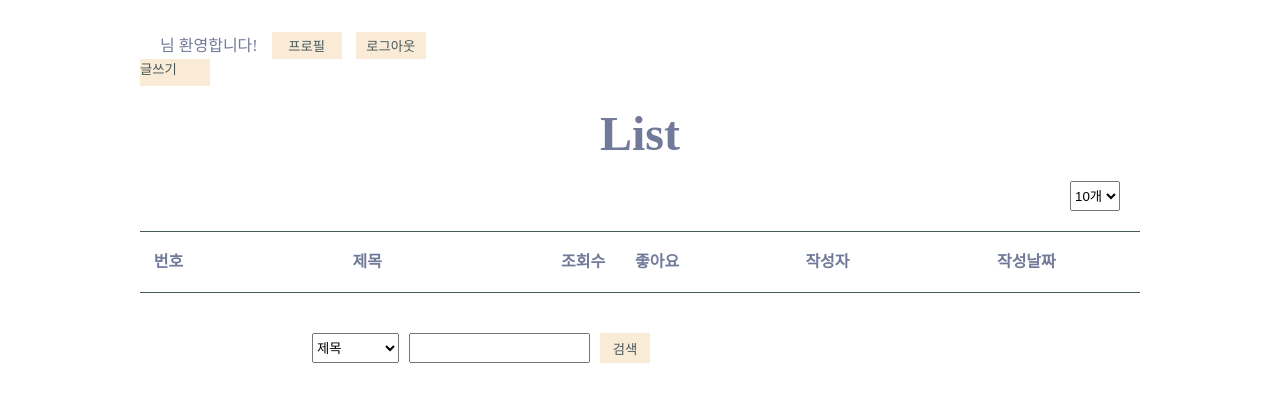
Repository: kayoyo/jsp
Page: http://localhost/BoardWeb_4/WEB-INF/jsp/board/list.jsp
An editor plug-in stored every save of this project. The page is shown before and after the next save, followed by the edit.
The browser window is 1280 px wide. The pictures show the whole page.
The page is served by Tomcat 9. Nobody is signed in. Other server files are loaded and not shown. The template is opened directly, without the code that normally fills it, so the values that code supplies are empty.

Above is the page before, as saved 2020-09-03 08:28:54.

### BoardWeb_4/WebContent/WEB-INF/jsp/board/list.jsp
<%@ page language="java" contentType="text/html; charset=UTF-8"
	pageEncoding="UTF-8"%>
<%@ page import="java.util.*"%>
<%@ page import="com.koreait.pjt.vo.BoardVO"%>
<%@ taglib uri="http://java.sun.com/jsp/jstl/core" prefix="c"%>
<!DOCTYPE html>
<html>
<head>
<meta charset="UTF-8">
<style>
* {
	margin: 0;
	padding: 0;
}

*:focus{
	outline:none;
}

a {
	text-decoration: none;
	color : #45595a;

}

.pageCnt {
	text-align: center;
	font-size: 20px;
	margin-top: 50px;

}

.container {
	width: 1000px;
	margin: 0 auto;
}

.nowP {
	color: pink;
}
.user_name { margin-top: 30px;
			margin-left: 20px;
			color : #727A9A;
}
.user_write button { display: flex;
}
.logOutBtn {width: 70px; height: 27px;
			margin-left:10px;
			background-color: #faebd7;
			color: #45595a; border:none;
}
.writeBtn {width: 70px; height: 27px;
		   background-color: #faebd7;
		   color: #45595a; border:none;


}
.proBtn {width: 70px; height: 27px;
			margin-left:10px;
			background-color: #faebd7;
			color: #45595a; border:none;
}

.containerPImg {
		display: inline-block;
		width: 30px;
		height: 30px;
	    border-radius: 50%;
	    overflow: hidden;
	}

	.pImg {

		 object-fit: cover;
		  max-width:100%;
	}

#iiyo {color : pink; }

.highlight {color: red;}

.user {
		font-size : 1.5em;
		font-weight:bold;
		color: #45595a;
	}
.title {
		font-size : 3em;
		font-weight:bold;
		text-align: center;
		margin : 20px;
		color : #727A9A;
		}
#selFrm {
		display : flex;
		justify-content: flex-end;
		margin : 20px;
	}

form#searchCss { width : 500px;
				display : flex;
				justify-content: end;
				margin-top: 40px;
				margin-left: 10px;
}
select#searchCss1{ margin-right: 10px; height: 30px; }

input#searchCss2{ margin-right: 10px;}

input#searchCss3{ margin-left: 0;
				  width: 50px;
				  background-color: #faebd7;
		          color: #45595a; border:none
		          }
select.recodeCnt { height: 30px; }

table th, td {line-height : 60px;
		 		  border-collapse: collapse;
		 		  border-bottom: 1px solid #45595a;
				  border-top: 1px solid  #45595a;

}

table th {border-bottom: 1px solid #45595a;}

table { text-align: center;
	    color : #727A9A;
	    width : 1000px;
	    border-bottom: 1px solid #45595a;
		border-top: 1px solid  #45595a;
		border-collapse: collapse;
}


</style>

<title>리스트</title>
<link href="https://fonts.googleapis.com/icon?family=Material+Icons"
      rel="stylesheet">
</head>
<body>
	<div class="container">

		<div class="user_name">
		<span class="user">${loginUser.user_name}</span> 님 환영합니다!
		<a href="/profile"><button class="proBtn">프로필</button></a>
			<a href="/logout"><button class="logOutBtn">로그아웃</button></a>
		</div>
		<div class="user_write">
			<a href="/board/regmod"><button class="writeBtn">글쓰기</button></a>
		</div>
		<div class="title">List</div>
		<form id="selFrm" action="/board/list" method="get">
		<input type="hidden" name="page" value="1">
		<select name="record_cnt" onchange="changeRecord()" class="recodeCnt">
			<c:forEach begin="10" end="30" step="10" var="reItem">
				<c:choose>
					<c:when test="${recordCnt == reItem}">
						<option value="${reItem}" selected>${reItem}개</option>
					</c:when>
					<c:otherwise>
						<option value="${reItem}">${reItem}개</option>
					</c:otherwise>
				</c:choose>
			</c:forEach>
			</select>
			</form>
		<table>
			<tr>
				<th width=50>번호</th>
				<th width=300>제목</th>
				<th width=80>조회수</th>
				<th width=50>좋아요</th>
				<th width=50></th>
				<th width=150>작성자</th>
				<th width=200>작성날짜</th>
			</tr>
			<c:forEach items="${list}" var="liItem"><!--forEach items는 리스트 형태-->
				<tr onclick="moveToDetail(${liItem.i_board})">
					<td>${liItem.i_board}</td>
					<td>${liItem.title}</td>
					<td>${liItem.hits}</td>
					<td>${liItem.like_cnt}</td>
					<td>
					<div onclick="like(${liItem.like_cnt})">
			 			<c:if test = "${liItem.like_cnt == 0}">
             				<span class="material-icons" id="yadayo">thumb_up_alt</span></c:if>
			 			<c:if test = "${liItem.like_cnt == 1}">
			 				<span class="material-icons" id="iiyo">thumb_up_alt</span></c:if>
					</div>
					</td>
					<td>${liItem.user_nm}
					<div class="containerPImg">
					<c:choose>
						<c:when test="${liItem.profile_img != null}">
							<img class="pImg" src="/img/user/${liItem.i_user}/${liItem.profile_img}">
						</c:when>
						<c:otherwise>
							<img class="pImg" src="/img/default_profile.jpg">
						</c:otherwise>
						</c:choose>
						</div>
						</td>
						<td>${liItem.r_dt}</td>
				</tr>
			</c:forEach>
		</table>
			<form action="/board/list" id="searchCss">
				<select name="searchType" id="searchCss1">
					<option value="a" ${searchType == 'a' ? 'selected' : ''}>제목</option>
					<option value="b" ${searchType == 'b' ? 'selected' : ''}>내용</option>
					<option value="c" ${searchType == 'c' ? 'selected' : ''}>제목 + 내용</option>
				</select>
				<input type="search" name="searchText" value="${param.searchText}" id="searchCss2">
				<input type="submit" value="검색" id="searchCss3">
				<input type="hidden" name="record_cnt" value="${recordCnt}">
			</form>
		<div class="pageCnt">
			<c:forEach var="pItem" begin="1" end="${pagingCnt}">
				<c:choose>
					<c:when test="${pItem == page}">
						<span class="nowP">${pItem}</span>
					</c:when>
					<c:otherwise>
						<span class="page"><a href="/board/list?page=${pItem}&record_cnt=${recordCnt}&searchText=${param.searchText}&searchType=${searchType}">${pItem}</a></span>
					</c:otherwise>
				</c:choose>
			</c:forEach>
		</div>
	</div>
	<script>
	function moveToDetail(i_board){
		location.href = '/board/detail?page=${page}&record_cnt=${param.record_cnt}&searchType=${searchType}&searchText=${param.searchText}&i_board=' + i_board

	}
	function changeRecord(){
		selFrm.submit()
	}
	</script>
</body>
</html>

After the next save:
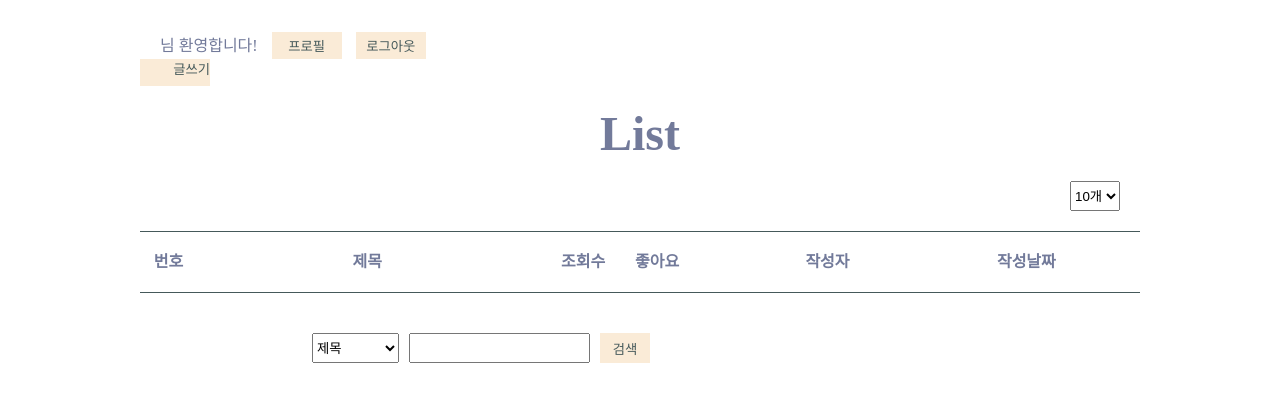
Saved 37 s later.
--- a/BoardWeb_4/WebContent/WEB-INF/jsp/board/list.jsp
+++ b/BoardWeb_4/WebContent/WEB-INF/jsp/board/list.jsp
@@ -42,7 +42,7 @@ a {
 			margin-left: 20px;
 			color : #727A9A;
 }
-.user_write button { display: flex;
+.user_write button { display: flex; justify-content: flex-end;
 }
 .logOutBtn {width: 70px; height: 27px;
 			margin-left:10px;
